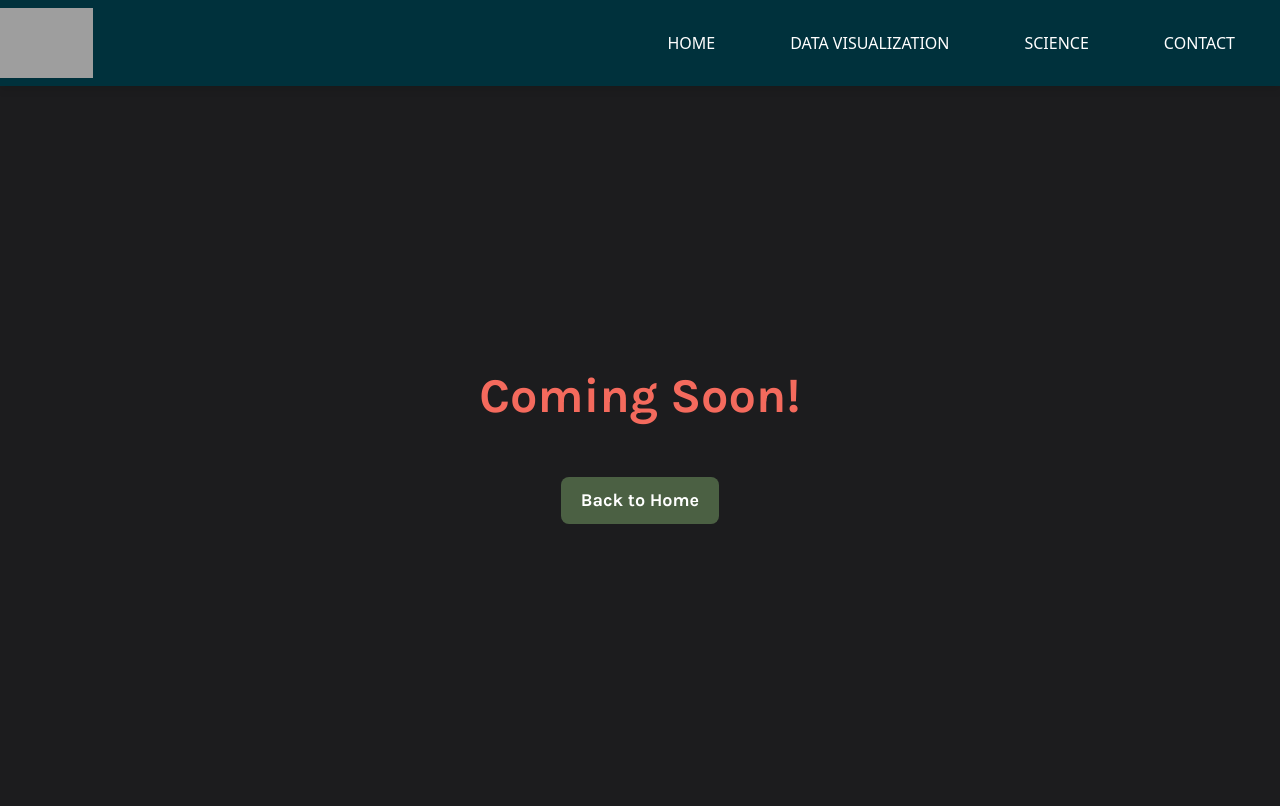
Repository: chukriisty/smartsoils-testbed
Page: /science
The author's editor kept a copy of each file at every save. The page is drawn from the files as they stood at one save, then again after the next save.
The browser window is 1280 px wide. The pictures show the whole page.
Pictures or frames that could not be fetched are drawn as grey boxes. Some web fonts or font styles are not loaded; a fallback is used. The project was rebuilt for these pictures with package versions that can differ from the ones it lists, and the page was loaded fresh each time. Also part of the build but not shown: src/pages/HomePage.js, src/components/VisualizationPanel.js, src/pages/DataVisualizationPage.js, src/pages/PhenocamPage.js, src/pages/ERT.js, src/components/3DSensorLayout.css, src/components/3DSensorLayout.js, src/components/ControlPanel.css and 8 more.

Above is the page before, as saved 2024-09-26 18:25:02.

### public/index.html
<!DOCTYPE html>
<html lang="en">
  <head>
    <meta charset="utf-8" />

    <link rel="icon" href="https://smartsoils-testbed.s3.amazonaws.com/assets/thumbnail.png" type="image/png" />
    <meta name="viewport" content="width=device-width, initial-scale=1" />
    <meta name="theme-color" content="#000000" />
    <link rel="manifest" href="%PUBLIC_URL%/manifest.json" />
    <link href="https://fonts.googleapis.com/css2?family=Poppins:wght@400;700&display=swap" rel="stylesheet">
    <!-- In your public/index.html file -->
    <link href="https://fonts.googleapis.com/css2?family=Roboto:wght@400;700&display=swap" rel="stylesheet">
    <link href="https://fonts.googleapis.com/css2?family=Karla:wght@400;700&display=swap" rel="stylesheet">
    <link href="https://fonts.googleapis.com/css2?family=Astra&display=swap" rel="stylesheet">

    <title>SmartSOILS Testbed</title>
  </head>
  <body>
    <noscript>You need to enable JavaScript to run this app.</noscript>
    <div id="root"></div>
  </body>
</html>

### src/App.css
.App {
  text-align: center;
}

body {
  font-family: 'Montserrat', sans-serif;
  background-color: #f5f5f5;
  color: #63666A;
  margin: 0;
  padding: 0;
}

.main-content {
  padding-top: 0px; /* Adjust this value based on your navbar height */
}

### src/components/Navbar.css
/* Navbar.css */

/* Updated Navbar with Fixed Position */
/* Navbar.css */

.navbar {
  position: fixed; /* Stick the navbar to the top of the viewport */
  top: 0;
  width: 100%;
  background-color: #00313C;
  padding: 20px 40px;
  z-index: 1000; /* High z-index to ensure it stays on top of other content */
  display: flex;
  justify-content: space-between;
  align-items: center;
  box-shadow: 0 4px 8px rgba(0, 0, 0, 0.1);
}


/* Additional styles for navbar links, logo, etc. */
.navbar-logo img {
  height: 70px; /* Adjust the logo size */
  width: auto; /* Maintain aspect ratio */
}

.navbar-links {
  list-style: none;
  display: flex;
  gap: 35px; /* Space between links */
  margin: 0;
  padding: 0;
  margin-right: 25px;
}

/* .navbar-links li {
  font-weight: bold;
} */

.navbar-links a {
  color: #ffffff; /* Text color */
  text-decoration: none;
  font-weight: 400;
  background-color: transparent; /* Transparent background */
  padding: 10px 20px; /* Padding for spacing */
  transition: color 0.3s ease;
}

.navbar-links a:hover {
  color: #74AA50; /* Green color on hover */
}

.navbar-links a:focus {
  background-color: transparent; /* Remove focus background color */
  outline: none; /* Remove the default outline */
}

/* Adjust the main content's top padding to avoid being hidden under the navbar */
.main-content {
  padding-top: 80px; /* Adjust based on navbar height */
}

### src/pages/DataVisualization.css
/* DataVisualization.css */

body {
  font-family: 'Karla', sans-serif; /* Update the global font to Karla */
  padding-top: 80px;
}

.data-title {
  font-size: 35px; /* Larger font size for the title */
  color: #000; /* White color for the text to stand out on the overlay */
  text-align: center; /* Center-align the title */
  margin-top: 30px;
  margin-bottom: 10px; /* Add some space below the title */
  font-weight: 700; /* Make the title bold */
  position: relative; /* Position relative to create a context for the overlay */
  display: inline-block; /* Shrink-wrap the content */
  padding: 15px 34px; /* Add padding around the text for better spacing */
}

.intro-text {
  font-size: 16px; /* Reduce the font size */
  color: #63666a; /* Subtle grey color */
  text-align: center; /* Center the text */
  max-width: 800px; /* Limit the width */
  margin: 0 auto 10px auto; /* Center and add space below */
}

### src/pages/SciencePage.css
/* Main container */
.science-main-content {
    display: flex;
    flex-direction: column;
    justify-content: center;
    align-items: center;
    height: 100vh; /* Full screen height */
    background-color: #1c1c1e; /* Darker, elegant background */
    color: #f2f2f2; /* Softer text color for better readability */
    text-align: center;
  }

  /* Pulsating animation for the "Coming Soon" text */
  @keyframes pulse {
    0% {
      transform: scale(1);
      opacity: 1;
    }
    50% {
      transform: scale(1.05);
      opacity: 0.8;
    }
    100% {
      transform: scale(1);
      opacity: 1;
    }
  }

  .coming-soon-text {
    font-size: 48px;
    font-weight: bold;
    color: #ff6f61; /* Softer red-orange tone */
    animation: pulse 2s infinite; /* Apply pulsating animation */
  }

  /* Back to Home Button */
  .back-home-button {
    display: inline-block;
    margin-top: 20px;
    padding: 10px 20px;
    background-color: #4b6043; /* Dark green for a softer effect */
    color: #ffffff;
    text-decoration: none;
    border-radius: 8px;
    font-size: 18px;
    font-weight: bold;
    transition: background-color 0.3s ease, transform 0.3s ease;
  }

  /* Button hover effect */
  .back-home-button:hover {
    background-color: #8b9a6d; /* Slightly lighter green on hover */
    transform: scale(1.05); /* Grows slightly on hover */
  }

### src/pages/PhenocamPage.css
/* PhenocamPage.css */

/* Keyframes for sliding in from the left */
@keyframes slideInFromLeft {
  from {
    opacity: 0;
    transform: translateX(-50px);
  }
  to {
    opacity: 1;
    transform: translateX(0);
  }
}

/* Keyframes for fade-in animation */
@keyframes fadeIn {
  from {
    opacity: 0;
    transform: translateY(20px); /* Slight upward shift */
  }
  to {
    opacity: 1;
    transform: translateY(0); /* End in place */
  }
}

/* Main page styles */
body, .phenocam-page {
  font-family: 'Karla', sans-serif;
}

.phenocam-page {
  display: flex;
  justify-content: space-between;
  padding: 20px;
  position: relative;
}

/* Description box slides in from the left */
.description-box {
  width: 30%; /* Adjust width as needed */
  background-color: #ffffff;
  padding: 20px;
  border-radius: 8px;
  box-shadow: 0 4px 8px rgba(0, 0, 0, 0.1);
  color: #000000; /* Black text for clear readability */
  margin-top: 80px; /* Increased top margin to avoid overlap with the back arrow */
  border: 2px solid #4b6043; /* Add a border to make it pop */
  margin-right: 10px; /* Reduced margin to bring it closer to the timelapse */
  margin-left:100px;
  animation: slideInFromLeft 1s ease-out; /* Slide in effect */
  text-align: left
}

.description-box h2 {
  font-size: 24px;
  margin-bottom: 10px;
}

.custom-line {
  width: 100%;
  height: 2px;
  background-color: #000000; /* Dark grey color for the line */
  border: none;
  margin: 10px 0 20px 0; /* Adjust the margin to position the line */
}

.description-box p {
  font-size: 16px;
  margin-bottom: 20px;
}

.description-box h6 {
  margin-left: 40px;
}

/* Play/Pause button */
.play-pause-button {
  padding: 10px 20px;
  background-color: #8b9a6d;
  color: #fff;
  border: none;
  border-radius: 5px;
  cursor: pointer;
  transition: transform 0.3s ease, background-color 0.3s ease; /* Smooth transition for hover effect */
}

.play-pause-button:hover {
  transform: scale(1.1); /* Slightly increase size on hover */
  background-color: #4b6043; /* Change color on hover */
}

/* Timelapse container with fade-in effect */
.timelapse-container {
  width: 55%; /* Adjust width as needed */
  display: flex;
  flex-direction: column;
  align-items: center;
  justify-content: center;
  position: relative;
  margin-left: 10px; /* Reduced margin to bring it closer to the description box */
  margin-right: 80px;
  animation: fadeIn 1.5s ease-out; /* Fade-in effect */
}

/* Image container */
.image-container {
  width: 100%; /* Adjusted width for a more focused display */
  height: auto; /* Adjust height to better match image dimensions */
  display: flex;
  justify-content: center;
  align-items: center;
  border: 5px solid #8b9a6d; /* A soft, natural green color for the border */
  box-shadow: 0 8px 15px rgba(0, 0, 0, 0.2); /* Softer shadow for a more natural effect */
  border-radius: 10px; /* Rounded corners for a softer, organic feel */
  overflow: hidden; /* Ensure that images don't overflow the container */
  background-color: #f0f8e7; /* Light background color for a fresh, nature-inspired feel */
  position: relative; /* Needed to position the timeline and now viewing text */
}

.image-container img {
  max-width: 100%;
  height: auto; /* Maintain the aspect ratio */
  border-radius: 10px; /* Slightly round the image corners to match the container */
  box-shadow: 0 4px 8px rgba(0, 0, 0, 0.1); /* Add a subtle shadow to the image for depth */
  animation: fadeIn 2s ease-out; /* Fade-in effect for image */
}

/* Now viewing text with animation */
.now-viewing {
  position: absolute;
  bottom: 40px;
  left: 10px;
  background-color: #4b6043; /* Solid color for better visibility */
  color: #ffffff;
  padding: 10px 15px;
  border-radius: 8px;
  font-size: 16px;
  font-weight: bold;
  transition: transform 0.3s ease-in-out, background-color 0.3s ease-in-out; /* Add animation effects */
  animation: fadeIn 2s ease-out; /* Fade-in effect for the now-viewing text */
}

.now-viewing:hover {
  transform: scale(1.1); /* Slightly increase size on hover */
  background-color: #8b9a6d; /* Change background color on hover */
}

/* Logo image styling - maintaining correct size */
.logo-image {
  position: absolute;
  top: 33%; /* Position the logo 1/3 of the way down */
  right: 10px; /* Position the logo near the right edge */
  width: 100px; /* Fixed width for the logo */
  height: auto; /* Maintain aspect ratio */
  background-color: rgba(255, 255, 255, 0.6); /* Semi-transparent white background for the logo */
  padding: 5px; /* Add padding inside the background */
  border-radius: 5px; /* Rounded corners for the logo background */
  z-index: 5; /* Ensure the logo is above the timelapse but below the back arrow */
}

/* Slider styles for the interactive timeline */
.timeline-slider {
  width: 80%;
  margin-top: 20px;
  appearance: none;
  height: 5px;
  background: #8b9a6d;
  outline: none;
  opacity: 0.8;
  transition: opacity 0.2s;
  cursor: pointer;
}

.timeline-slider:hover {
  opacity: 1;
  background: linear-gradient(90deg, #8b9a6d 0%, #4b6043 100%); /* Gradient effect */
}

.timeline-slider::-webkit-slider-thumb {
  appearance: none;
  width: 20px;
  height: 20px;
  background: #4b6043;
  border-radius: 50%;
  cursor: pointer;
  transition: transform 0.2s ease, box-shadow 0.2s ease;
}

.timeline-slider::-moz-range-thumb {
  width: 20px;
  height: 20px;
  background: #4b6043;
  border-radius: 50%;
  cursor: pointer;
  transition: transform 0.2s ease, box-shadow 0.2s ease;
}

.timeline-slider::-webkit-slider-thumb:hover,
.timeline-slider::-moz-range-thumb:hover {
  transform: scale(1.2); /* Scale thumb on hover */
  box-shadow: 0 0 8px rgba(0, 0, 0, 0.2); /* Add shadow on hover */
}

### src/pages/ContactPage.css
.contact-page-container {
  display: flex;
  flex-direction: column;
  align-items: center;
  justify-content: center;
  padding: 40px;
  background-color: #f8f8f8;  /* Light background matching the site */
  color: #1b3a47;  /* Dark greenish text to match */
  font-family: 'Karla', sans-serif;
}

/* Heading Styling */
h1 {
  font-size: 42px;
  color: #00313c;  /* Darker color for main heading */
  margin-bottom: 25px;
  text-align: center;
}

/* Paragraph Styling */
p {
  font-size: 18px;
  color: #3b6f74;  /* Subdued green for regular text */
  text-align: center;
  max-width: 700px;
  line-height: 1.6;
  margin-bottom: 20px;
}

/* Contact Form Section */
.contact-form {
  margin-top: 30px;
  width: 100%;
  max-width: 900px;
}

.airtable-embed {
  width: 80%;
  height: 600px;
  border-radius: 8px;
  border: 1px solid #ccc;
  box-shadow: 0 4px 12px rgba(0, 0, 0, 0.1);  /* Soft shadow */
}

/* Additional contact info below the form */
.additional-contact-info {
  margin-top: 30px;
  font-size: 18px;
  color: #3b6f74;
  text-align: center;
}

/* Email link styling */
.additional-contact-info a {
  color: #f57c00;
  text-decoration: none;
  font-weight: bold;
}

.additional-contact-info a:hover {
  color: #ff8c00;
  text-decoration: underline;
}

/* Social Media Links */
.social-media-container {
  margin-top: 30px;
  text-align: center;
}

.social-media-container a {
  margin: 0 10px;
  color: #00313c;
  font-size: 24px;
  transition: color 0.3s ease;
}

.social-media-container a:hover {
  color: #ff8c00;  /* Orange color on hover */
}

/* Responsive design for smaller screens */
@media (max-width: 768px) {
  .contact-page-container {
    padding: 20px;
  }

  h1 {
    font-size: 32px;
  }

  p {
    font-size: 16px;
  }

  .contact-form {
    max-width: 100%;
  }

  .airtable-embed {
    height: 500px;
  }
}

### src/components/VisualizationPanel.css
/* General styles */
body {
  font-family: 'Karla', sans-serif;
}

/* Condensed Intro section */
.intro-section {
  background-color: #f9f9f9;
  padding: 20px 0; /* Reduce padding */
  margin-bottom: 20px;
  text-align: center;
}

.intro-text {
  font-size: 1rem; /* Reduced font size */
  color: #63666a;
  margin: 5px auto; /* Tighten margins */
  max-width: 600px; /* Limit the width of the intro text */
}

h1.data-title {
  color: #333;
  font-size: 1.8rem; /* Slightly reduce font size */
  margin-bottom: 5px; /* Reduce space between title and text */

}

/* Sensor panel and card styles */
.unique-sensor-panel {
  display: flex;
  flex-wrap: wrap;
  justify-content: center;
  gap: 20px;
  margin-top: 10px; /* Condensed top margin */
}

.unique-sensor-group {
  display: flex;
  flex-wrap: wrap;
  justify-content: center;
  margin-bottom: 20px; /* Space between rows */
}

.unique-sensor-card {
  position: relative;
  width: 270px;
  height: 400px;
  border-radius: 5px;
  overflow: hidden;
  background-color: #ffffff;
  box-shadow: 0 4px 8px rgba(190, 190, 190, 0.2);
  cursor: pointer;
  transition: transform 0.3s ease, box-shadow 0.3s ease;
  margin-left: 30px;
  margin-right: 30px;
}

.unique-sensor-card:hover {
  transform: scale(1.05);
  box-shadow: 0 8px 16px rgba(0, 0, 0, 0.1);
}

.unique-sensor-image-container {
  position: relative;
  width: 100%;
  height: 160px;
  overflow: hidden;
}

.unique-sensor-image {
  width: 100%;
  height: 100%;
  object-fit: cover;
}

.unique-sensor-overlay {
  position: absolute;
  top: 0;
  left: 0;
  width: 100%;
  height: 100%;
  background-color: rgba(0, 0, 0, 0.5);
  opacity: 1;
  transition: opacity 0.3s ease;
}

.unique-sensor-card:hover .unique-sensor-overlay {
  opacity: 0.7;
}

.unique-sensor-title {
  position: absolute;
  top: 50%;
  left: 50%;
  transform: translate(-50%, -50%);
  color: white;
  font-size: 1.2rem;
  font-family: 'Karla', sans-serif;
  font-weight: bold;
  text-align: center;
  text-shadow: 1px 1px 4px rgba(0, 0, 0, 0.7);
}

.unique-sensor-text-overlay {
  padding: 20px;
  display: flex;
  flex-direction: column;
  align-items: center;
  justify-content: space-between;
  text-align: center;
  height: 240px;
}

.unique-sensor-description {
  font-size: 0.95rem;
  color: #63666a;
  margin-bottom: 15px;
}

.unique-sensor-explore-button {
  padding: 8px 16px;
  border: 2px solid #ff6d00;
  color: #ff6d00;
  font-weight: bold;
  text-transform: uppercase;
  background-color: white;
  border-radius: 5px;
  transition: all 0.3s ease;
  text-decoration: none;
}

.unique-sensor-explore-button:hover {
  background-color: #ff6d00;
  color: white;
}

.section-divider {
  width: 100%;
  height: 2px;
  background-color: #e0e0e0;
  margin: 30px 0;
}

/* Fade-in effect */
@keyframes fadeIn {
  from {
    opacity: 0;
    transform: translateY(20px);
  }
  to {
    opacity: 1;
    transform: translateY(0);
  }
}

.fade-in {
  opacity: 0;
  transition: opacity 0.5s ease-out, transform 0.5s ease-out;
}

.fade-in-visible {
  opacity: 1;
  animation: fadeIn 0.6s ease-out;
}

Loaded but not shown: src/index.js (common file); src/index.css (common file); src/App.js (39 lines, source omitted); src/components/Navbar.js (32 lines, source omitted); src/pages/SciencePage.js (14 lines, source omitted); src/pages/ERT.css (427 lines, source omitted); src/pages/HomePage.css (450 lines, source omitted)

After the next save:
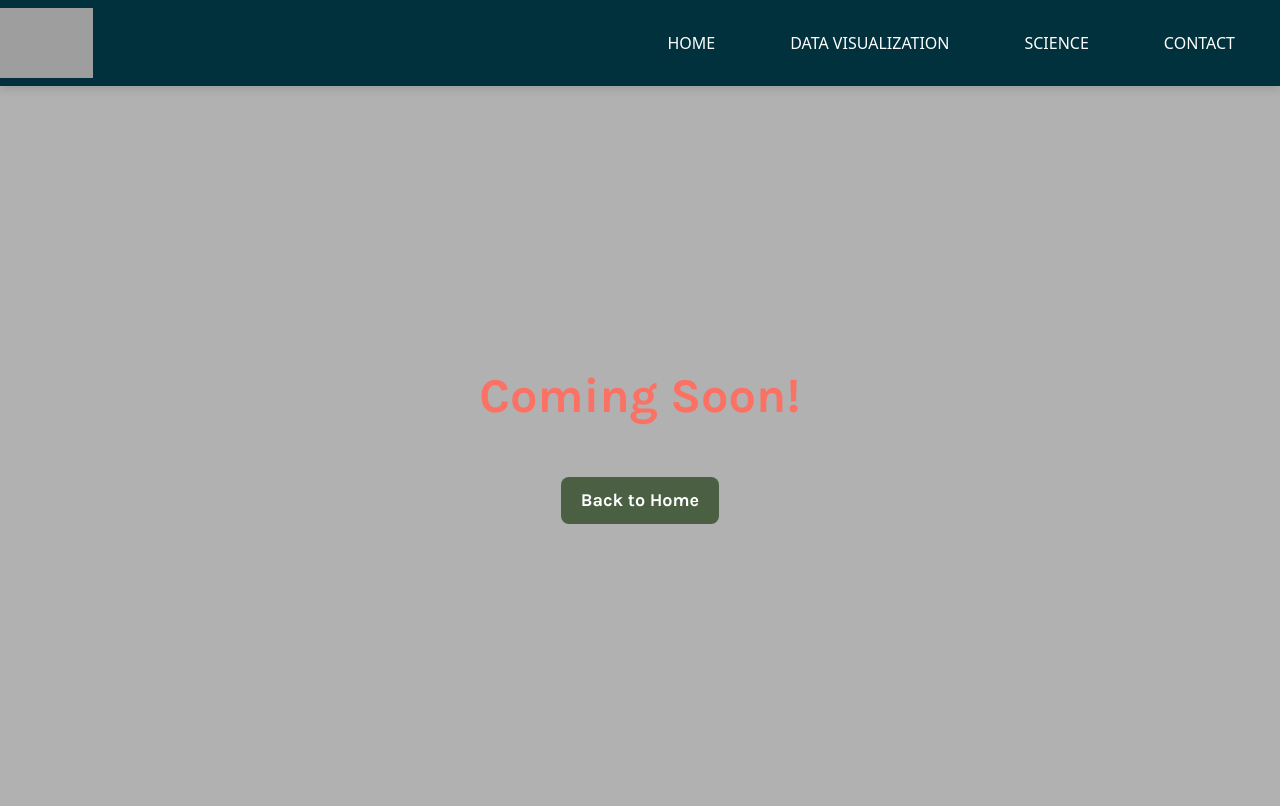
Saved 13 s later.
--- a/src/pages/SciencePage.css
+++ b/src/pages/SciencePage.css
@@ -5,7 +5,7 @@
     justify-content: center;
     align-items: center;
     height: 100vh; /* Full screen height */
-    background-color: #1c1c1e; /* Darker, elegant background */
+    background-color: #b1b1b1; /* Darker, elegant background */
     color: #f2f2f2; /* Softer text color for better readability */
     text-align: center;
   }
